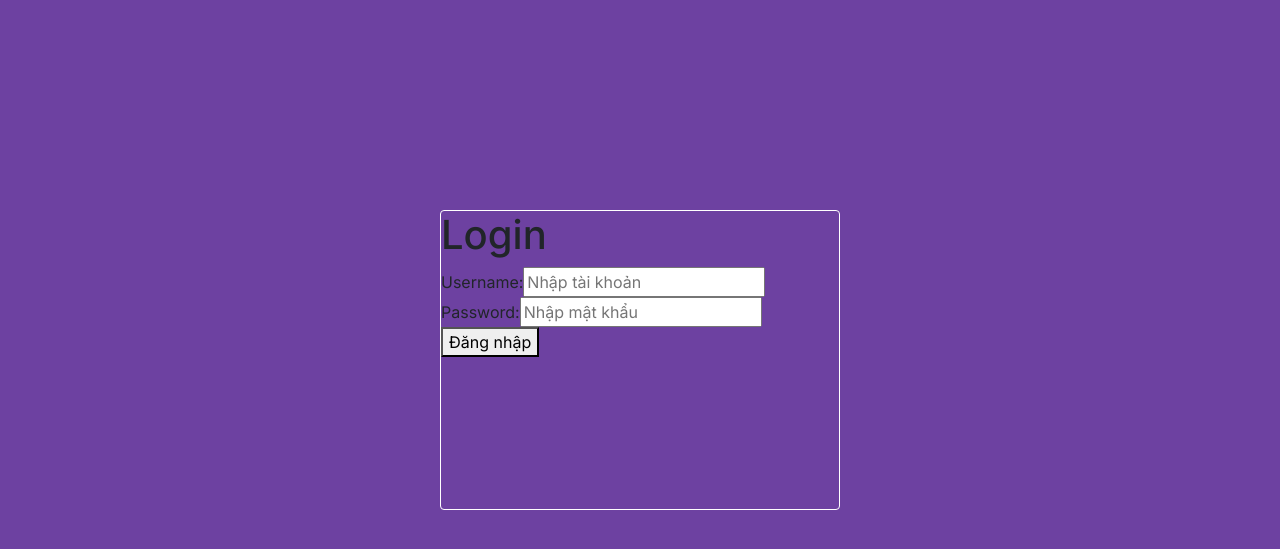
Repository: nghiakma/RFID-RFID-Attendance-System-using-ESP32-Nodejs-Reactjs-Nextjs-
Page: / (app in attendance/)
The author's editor kept a copy of each file at every save. The page is drawn from the files as they stood at one save, then again after the next save.
The browser window is 1280 px wide. The pictures show the whole page.
The page's requests for data from a server got no answer. The project was rebuilt for these pictures with package versions that can differ from the ones it lists, and the page was loaded fresh each time. The framework's server and built-in components were replaced by stand-ins that run in the browser. No one was signed in, and anything a server would have sent is missing. Also part of the build but not shown: attendance/next.config.js, attendance/src/styles/home-page.module.css, attendance/src/styles/tab-home.module.css, attendance/src/pages/api/convert-time.js, attendance/src/pages/api/networking.js, attendance/src/pages/tab-home.js, attendance/src/styles/tab-history.module.css, attendance/src/pages/tab-history.js and 6 more.

Above is the page before, as saved 2023-12-21 14:52:05.

### attendance/src/pages/index.js
import {useEffect, useState} from 'react';
import { Inter } from 'next/font/google';
import 'bootstrap/dist/css/bootstrap.min.css';
import HomePage from './home-page.js';
import Login from './login-page.js'
import { BrowserRouter as Router,Routes, Route } from 'react-router-dom'
const inter = Inter({ subsets: ['latin'] })

export default function Home() {
  const [loginSuccess, setLoginSucsess] = useState(false);
  const handleLogin = (isSuccess) => {
    setLoginSucsess(isSuccess);
  }
  useEffect(() => {
    import('bootstrap/dist/js/bootstrap.min.js');
  }, []);
  return (
    <main className={inter.className}>
      {/* <Router>
        <Routes>
          <Route path='/home' element={<HomePage />}/>
          <Route path='/login' element={<Login />}/>
        </Routes>
      </Router> */}
      {
        loginSuccess ? <HomePage/> : <Login/>
      }
    </main>
  )
}

### attendance/src/pages/login-page.js
import React from "react";
import styles from '../styles/login-page.module.css'
import { FontAwesomeIcon } from '@fortawesome/react-fontawesome'
const Login = () => {

    return (
        <div
            style={{
                backgroundColor: '#6d41a1', height: '100vh'
            }}
        >
            <div style={{
                width: '100%', height: '100%',
                display: 'flex', alignItems: 'center', justifyContent: 'center'
            }}>
                <div style={{
                    width: '400px', height: '300px', border: '1px solid white',
                    padđing: '8px 14px', borderRadius: '4px'
                }}>
                    <h1
                        style={{

                        }}
                    >Login</h1>
                    <div className="login-handle">
                        <div className="login-form">
                            <label>Username: </label>
                            <input type="email" className="form-input" placeholder="Nhập tài khoản"/>
                        </div>
                        <div className="login-form">
                            <label>Password: </label>
                            <input type="password" className="form-input" placeholder="Nhập mật khẩu"/>
                        </div>
                        <div className="login-button">
                            <button className="login-btn">Đăng nhập</button>
                        </div>
                    </div>
                </div>
            </div>
        </div>
    )
}

export default Login

After the next save:
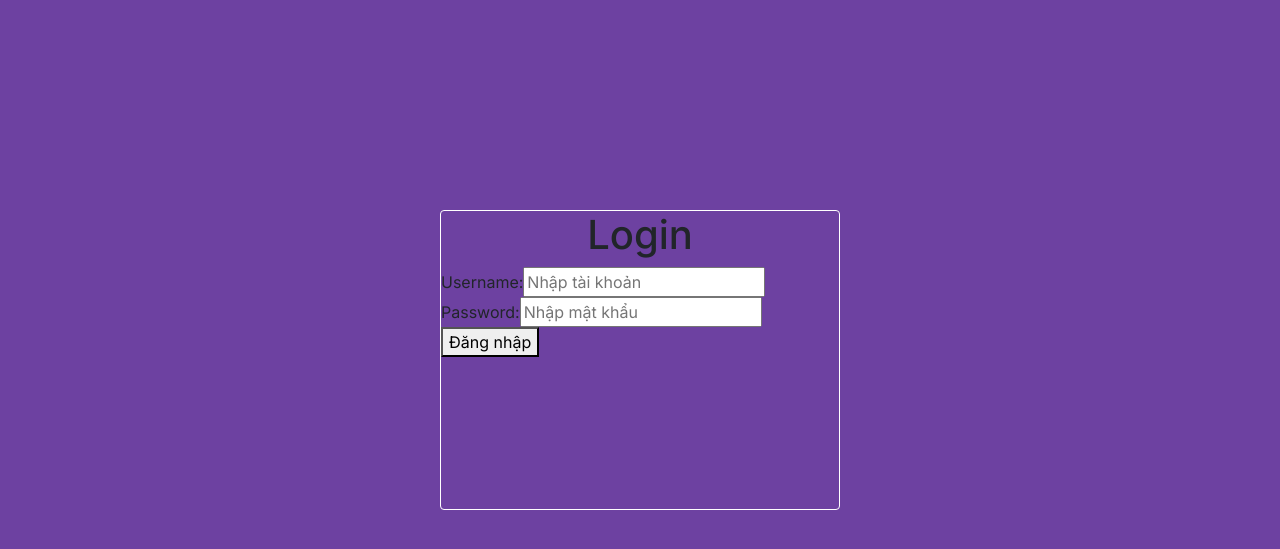
Saved 83 s later.
--- a/attendance/src/pages/login-page.js
+++ b/attendance/src/pages/login-page.js
@@ -19,7 +19,7 @@ const Login = () => {
                 }}>
                     <h1
                         style={{
-
+                            textAlign: 'center',
                         }}
                     >Login</h1>
                     <div className="login-handle">
